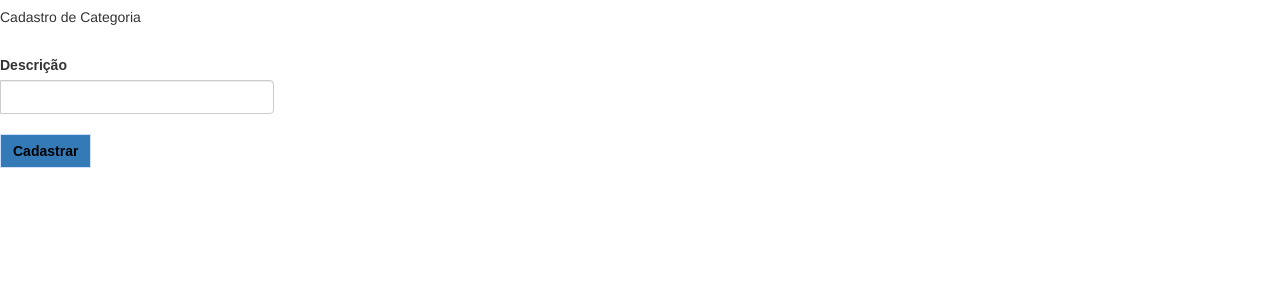
Repository: cadupedrassani/CursoDeJava
Page: Avaliação/BaseAPI/WebApp/src/main/webapp/categoria/cadastro.html
These files come from the project's save history. The page is drawn as it stood at one moment and after the next save; the edit follows.
The browser window is 1280 px wide. The pictures show the whole page.

Above is the page before, as saved 2016-12-09 15:36:56.

### Avaliação/BaseAPI/WebApp/src/main/webapp/categoria/cadastro.html
<!DOCTYPE html>
<html>
<head>
<meta charset="UTF-8">
<title>Insert title here</title>
<link rel="stylesheet" href="/WebApp/resources/css/bootstrap.min.css">
<link rel="stylesheet" href="/WebApp/resources/css/default.css">
</head>
<body>

<div>
	<h5>Cadastro de Categoria</h5>
</div>
</br>

<div class="input-group">
	<label>Descrição</label>
	<input id="descricao-categoria"
	       type="text"
	       class="form-control"></input>
</div>
</br>
<div class="input-group">
	<button id="cadastrar"
	        type="button"
	        class="btn btn-primary btn-md"
	        onclick="cadastrarCategoria();">Cadastrar</button>
</div>

<div id="modal-mensagens" class="modal fade" tabindex="-1" role="dialog">
	<div class="modal-dialog" role="document">
		<div class="modal-content">
			<div class="modal-header">
				<h5 id="modal-title" class="modal-title"></h5>
			</div>
			<div class="modal-body">
				<label id="modal-mensagem"></label>
			</div>
			<div class="modal-footer">
				<button type="button"
						class="btn btn-default gold"
						data-dismiss="modal">OK</button>
			</div>
		</div>
	</div>
</div>

<script src="/WebApp/resources/js/jquery.min.js"></script>
<script src="/WebApp/resources/js/bootstrap.min.js"></script>
<script src="/WebApp/resources/js/categoria.js"></script>
<script src="/WebApp/resources/js/default.js"></script>

</body>
</html>

### Avaliação/BaseAPI/WebApp/src/main/webapp/resources/css/default.css
@CHARSET "ISO-8859-1";

.centered {
   text-align: center;
   font-size: 2;
}
.centered > div {
   	display: inline-block;
   	text-align: left;
   	font-size: 15px;
}

.container-fluid{
	float: right; width: 70%;
}

button.btn.btn-primary.btn-md{
	float: left; width: 30%
	background-color: #cfe1fe;
    color: black;
    border: 1px solid #cfe1fe;
    border-radius: 0px;
    font-family: Arial;
    font-weight: bold;
}

button.btn.dropdown-toggle{
	float: left; width: 30%;
	text-align: center;
	width: 40px;
	background-color: #cfe1fe;
	border-radius: 0px;
    color: black;
    font-family: Arial;
    font-weight: bold;
}

button.btn.dropdown-toggle:hover{
	float: left; width: 30%;
	text-align: center;
	width: 40px;
	background-color: #004080;
    color: white;
    border-radius: 0px;
    font-family: Arial;
    font-weight: bold;
}

button.btn.btn.primary{
	float: left; width: 30%;
	text-align: left;
	width: 100px;
	background-color: #cfe1fe;
    color: black;
    border: 1px solid #cfe1fe;
    border-radius: 0px;
    font-family: Arial;
    font-weight: bold;
}

button.btn.primary:hover{
	float: left; width: 30%;
	text-align: left;
	width: 100px;
	background-color: #004080;
    color: white;
    border-radius: 0px;
    font-family: Arial;
    font-weight: bold;
}

li.li-dropdown{
	width: 150px;
  	padding: 2;
}

label{
	font-family: Arial;
}

button.btn.btn-primary.btn-md:hover{
	background-color: #004080;
    color: white;
    border-radius: 0px;
    font-family: Arial;
    font-weight: bold;
}
table td {
	padding: 5px;
}

table td.id{
	background-color: #4CAF50;
}

table td.descricao{
	background-color: #6CAF50;
}

header.jumbotron {
  position: relative;
  padding: 0px 0;
  color: white;
  text-align: left;
  text-shadow: 0 2px 3px rgba(0,0,0,.4), 0 0 30px rgba(0,0,0,.075);
  background: #020031;
  background: -moz-linear-gradient(40deg, #27408B 20%, #363636 100%);
}
header.jumbotron h1 {
  font-size: 55px;
  font-weight: bold;
  letter-spacing: -1px;
  line-height: 1;
}
header.jumbotron p {
  font-size: 24px;
  font-weight: 300;
  line-height: 1.25;
  margin-bottom: 30px;
}

header.jumbotron:after {
  content: '';
  display: block;
  position: absolute;
  top: 0;
  right: 0;
  bottom: 0;
  left: 0;
  background: url(../img/bs-docs-masthead-pattern.png) repeat center center;
  opacity: .4;
}

.footer {
  padding: 40px 0;
  margin-top: 140px;
  border-top: 1px solid #e5e5e5;
  background-color: #f5f5f5;
}
.footer p {
  margin-bottom: 0;
  color: #777;
}
.footer-links {
  margin: 2px 0;
}
.footer-links li {
  display: inline;
  padding: 10px 2px;
  text-align: left;
}
.footer-links li:first-child {
  padding-left: -10px;
}

### Avaliação/BaseAPI/WebApp/src/main/webapp/resources/js/categoria.js
function consultarCategoria(){

	var idCategoria = $('#cod-categoria').val();
	var operacao = '/ControleAPI/categoria/' + idCategoria;

	$.ajax({
		url: operacao
	}).done(function(data){
		console.log(data);
		if(data.mensagem != null && data.mensagem != ""){
			$('#descricao-categoria').html(data.mensagem);
		} else{
			$('#descricao-categoria').html(data.descricao);
		}
	});
}

function cadastrarCategoria(){

	var descricao = $("#descricao-categoria").val();
	var categoriaDTO = new Object();
	var operacao = "/ControleAPI/categoria/criarCategoria"

	categoriaDTO.descricao = descricao;

	$.ajax({
		method: "POST",
		url: operacao,
		data: JSON.stringify(categoriaDTO),
		contentType: "application/json"
	}).done(function (data){
		var mensagem = "";
		var titulo = "";
		if(data.mensagem != undefined && data.mensagem != null && data.mensagem != ''){
			titulo = "Atenção";
			mensagem = data.mensagem;
		}else{
			titulo = 'Sucesso';
			mensagem = "Categoria cadastrada com sucesso.";
		}
		mostrarModal(titulo, mensagem)
	});
}

function mostrarModal(titulo, mensagem){

	$('#modal-title').html(titulo);
	$('#modal-mensagem').html(mensagem);
	$('#modal-mensagens').modal('show');
}

### Avaliação/BaseAPI/WebApp/src/main/webapp/resources/js/default.js

function abrirTelaCadastroCategoria(){
	var url = "/WebApp/categoria/cadastro.html";
	$.get(url, '', function(data){
		$('#conteudo-principal').html(data);
	})
}

function abrirTelaPesquisaCategoria(){
	var url = "/WebApp/categoria/pesquisa.html";
	$.get(url, '', function(data){
		$('#conteudo-principal').html(data)
	})
}

function abrirTelaCadastroEndereco(){
	var url = "/WebApp/endereco/cadastro.html";
	$.get(url, '', function(data){
		$('#conteudo-principal').html(data);
	})
}

function abrirTelaCadastroFilme(){
	var url = "/WebApp/filme/cadastro.html";
	$.get(url, '', function(data){
		$('#conteudo-principal').html(data);
	})
}

function abrirTelaCadastroUsuario(){
	var url = "/WebApp/usuario/cadastro.html";
	$.get(url, '', function(data){
		$('#conteudo-principal').html(data);
	})
}

Loaded but not shown: Avaliação/BaseAPI/WebApp/src/main/webapp/resources/css/bootstrap.min.css (library); Avaliação/BaseAPI/WebApp/src/main/webapp/resources/js/jquery.min.js (library); Avaliação/BaseAPI/WebApp/src/main/webapp/resources/js/bootstrap.min.js (library)

After the next save:
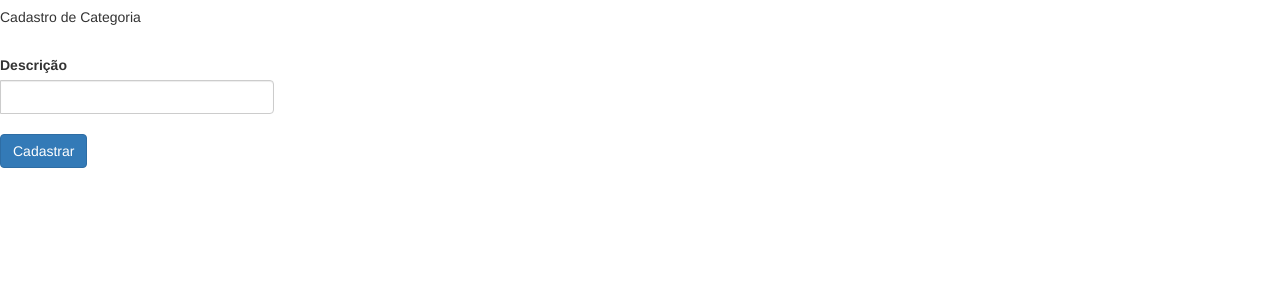
Saved 84 s later.
--- a/Avaliação/BaseAPI/WebApp/src/main/webapp/categoria/cadastro.html
+++ b/Avaliação/BaseAPI/WebApp/src/main/webapp/categoria/cadastro.html
@@ -4,7 +4,6 @@
 <meta charset="UTF-8">
 <title>Insert title here</title>
 <link rel="stylesheet" href="/WebApp/resources/css/bootstrap.min.css">
-<link rel="stylesheet" href="/WebApp/resources/css/default.css">
 </head>
 <body>
 
